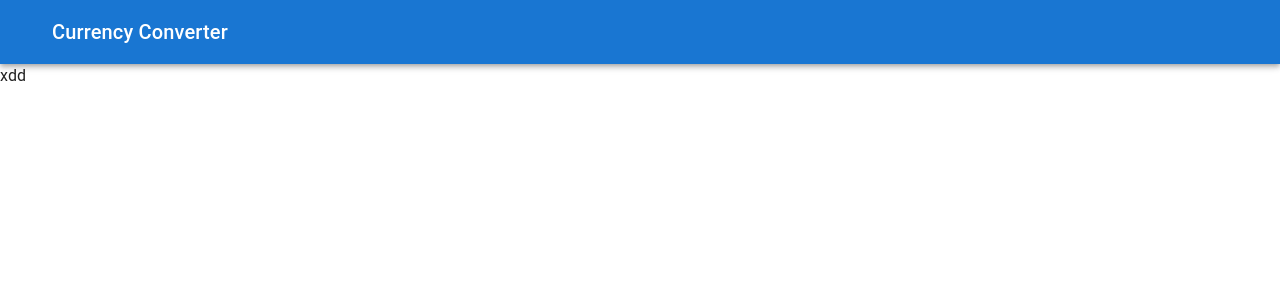
Repository: rutsguifd/currency-converter
Page: /
An editor plug-in stored every save of this project. The page is shown before and after a run of saves, followed by the edit.
The browser window is 1280 px wide. The pictures show the whole page.
The project was rebuilt for these pictures with package versions that can differ from the ones it lists, and the page was loaded fresh each time.

Above is the page before, as saved 2023-03-27 21:42:50.

After the next 2 saves:
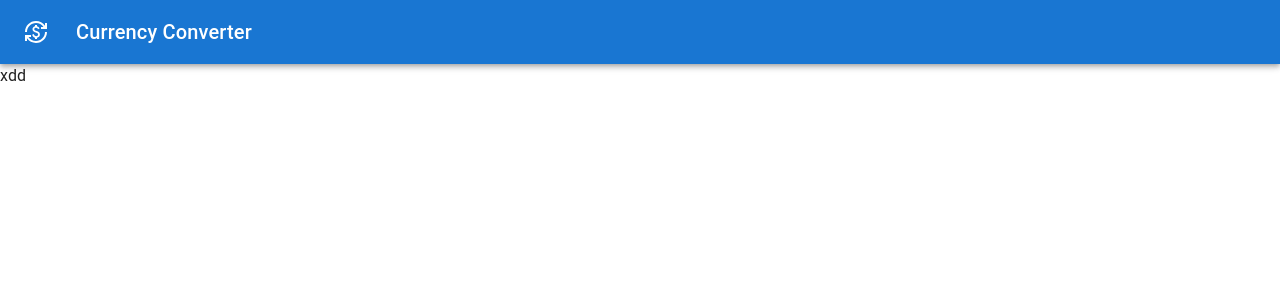
The 2 saves are shown as one change because they came seconds apart.
The last was saved 2 min 52 s later.
--- a/src/components/Header.jsx
+++ b/src/components/Header.jsx
@@ -1,4 +1,5 @@
 import { AppBar, Box, IconButton, Toolbar, Typography } from "@mui/material";
+import CurrencyExchangeIcon from "@mui/icons-material/CurrencyExchange";
 import React from "react";
 
 const Header = () => {
@@ -12,7 +13,9 @@ const Header = () => {
             color="inherit"
             aria-label="menu"
             sx={{ mr: 2 }}
-          ></IconButton>
+          >
+            <CurrencyExchangeIcon />
+          </IconButton>
           <Typography variant="h6" component="div" sx={{ flexGrow: 1 }}>
             Currency Converter
           </Typography>
